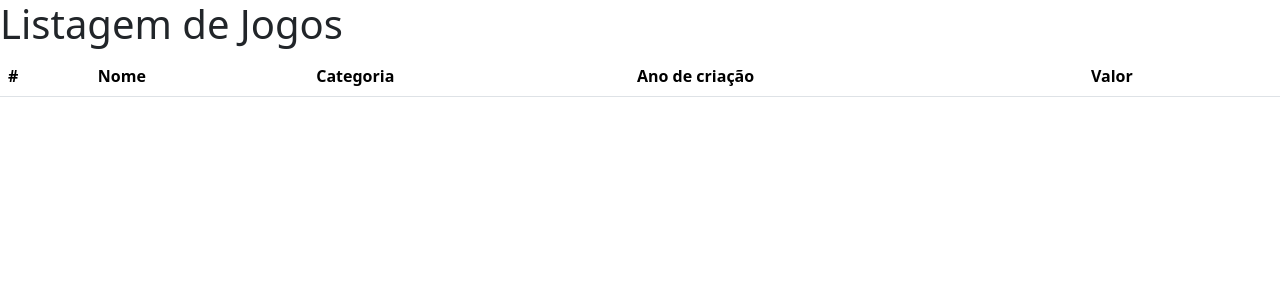
Repository: ytavares/game-registration
Page: http://localhost/jogos
An editor plug-in stored every save of this project. The page is shown before and after the next save, followed by the edit.
The browser window is 1280 px wide. The pictures show the whole page.
The page is served by the project's Laravel application, run on PHP 8.4 with Laravel 10. Queries for data that is not in the repository find no rows.

Above is the page before, as saved 2023-09-16 00:38:46.

After the next save:
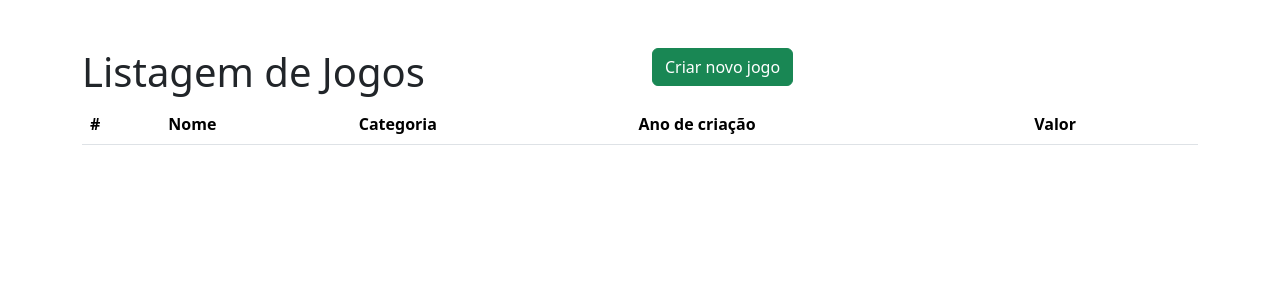
Saved 5 min 0 s later.
--- a/resources/views/jogos/index.blade.php
+++ b/resources/views/jogos/index.blade.php
@@ -2,27 +2,37 @@
 
 @section('title', 'Listagem')
 @section('content')
-    <h1>Listagem de Jogos</h1>
-    <table class="table">
-        <thead>
-        <tr>
-            <th scope="col">#</th>
-            <th scope="col">Nome</th>
-            <th scope="col">Categoria</th>
-            <th scope="col">Ano de criação</th>
-            <th scope="col">Valor</th>
-        </tr>
-        </thead>
-        <tbody>
-            @foreach ($jogos as $jogo)
+    <div class="container mt-5">
+        <div class="row justify-space-between">
+            <div class="col-sm-6">
+                <h1>Listagem de Jogos</h1>
+            </div>
+            <div class="col-sm-6">
+                <a href="{{ route('jogos-create')}}" class="btn btn-success">Criar novo jogo</a>
+            </div>
+
+        </div>
+        <table class="table">
+            <thead>
             <tr>
-                <th scope="row">{{ $jogo->id }}</th>
-                <td>{{ $jogo->nome }}</td>
-                <td>{{ $jogo->categoria }}</td>
-                <td>{{ $jogo->ano_criacao }}</td>
-                <td>{{ $jogo->valor }}</td>
+                <th scope="col">#</th>
+                <th scope="col">Nome</th>
+                <th scope="col">Categoria</th>
+                <th scope="col">Ano de criação</th>
+                <th scope="col">Valor</th>
             </tr>
-            @endforeach
-        </tbody>
-  </table>
+            </thead>
+            <tbody>
+                @foreach ($jogos as $jogo)
+                <tr>
+                    <th scope="row">{{ $jogo->id }}</th>
+                    <td>{{ $jogo->nome }}</td>
+                    <td>{{ $jogo->categoria }}</td>
+                    <td>{{ $jogo->ano_criacao }}</td>
+                    <td>{{ $jogo->valor }}</td>
+                </tr>
+                @endforeach
+            </tbody>
+        </table>
+    </div>
 @endsection
